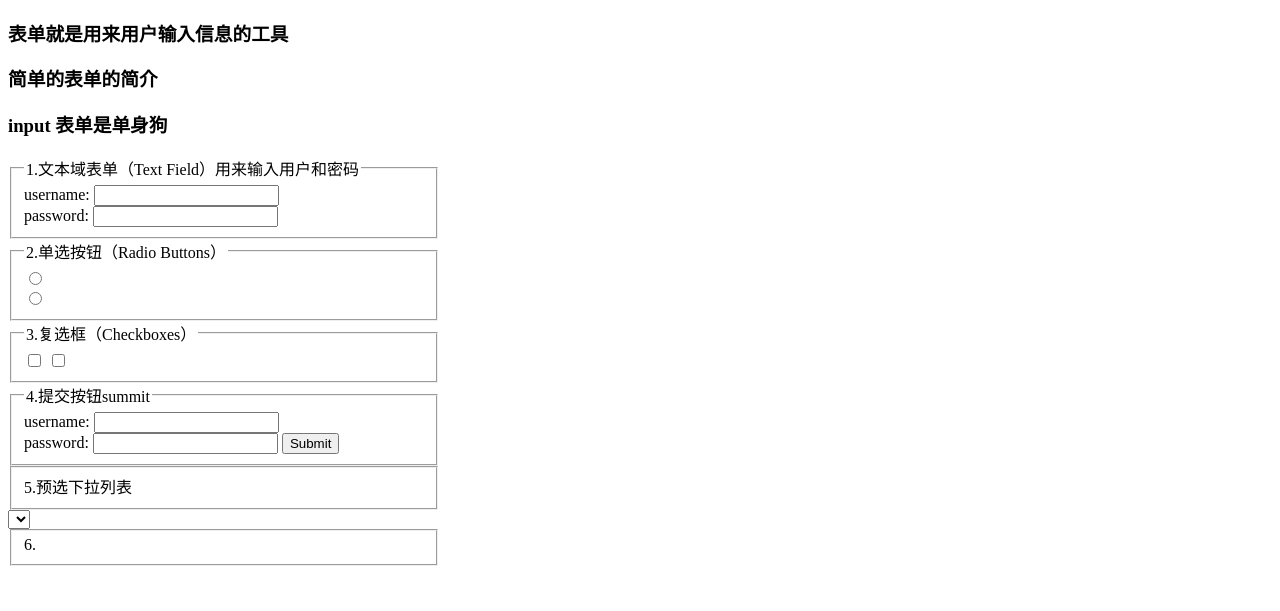
Repository: jarvanstack/vscode
Page: HTML/HTML中From表单.html
The author's editor kept a copy of each file at every save. The page is drawn from the files as they stood at one save, then again after the next save.
The browser window is 1280 px wide. The pictures show the whole page.

Above is the page before, as saved 2020-06-11 10:00:09.

### HTML/HTML中From表单.html
<!DOCTYPE html>
<html lang="en">

<head>
    <meta charset="UTF-8">
    <meta name="viewport" content="width=device-width, initial-scale=1.0">
    <title>HTML中From表单</title>
    <style>
        fieldset
        {
            width: 400px;
        }
    </style>
</head>
<body>
    <h3>表单就是用来用户输入信息的工具</h3>
    <h3>简单的表单的简介</h3>
    <h3>input 表单是单身狗</h3>
    <form action="post">
        <fieldset>
            <legend>1.文本域表单（Text Field）用来输入用户和密码</legend>
            <span>
                username: <input type="text" name="username">
            </span>
            <br>
            <span>
                password: <input type="password" name="password">
            </span>
        </fieldset>
    </form>
    <form action="post">
        <fieldset>
            <legend>2.单选按钮（Radio Buttons）</legend>
            <span>
                <input type="radio" name="sex" value="男">
            </span>
            <br>
            <span>
                <input type="radio" name="sex" value="女">
            </span>
        </fieldset>
    </form>
    <form action="post">
        <fieldset>
            <legend>3.复选框（Checkboxes）</legend>
            <span>
                <input type="checkbox" name="like_things" value="apple" >
            </span>
            <span>
                <input type="checkbox" name="like_things" value="banana">
            </span>
        </fieldset>
    </form>
    <form action="post">
        <fieldset>
            <legend>4.提交按钮summit</legend>
            <span>
                username: <input type="text" name="username">
            </span>
            <br>
            <span>
                password: <input type="password" name="password">
            </span>
            <span>
                <input type="submit" name="submit">
            </span>
        </fieldset>
    </form>
    <form action="post">
        <fieldset>5.预选下拉列表</fieldset>
        <select name="cars" id="">
            <option value="小车"></option>
            <option value="汽车"></option>
            <option value="公交车"></option>
        </select>
    </form>
    <form action="post">
        <fieldset>6.</fieldset>
    </form>
</body>

</html>

After the next save:
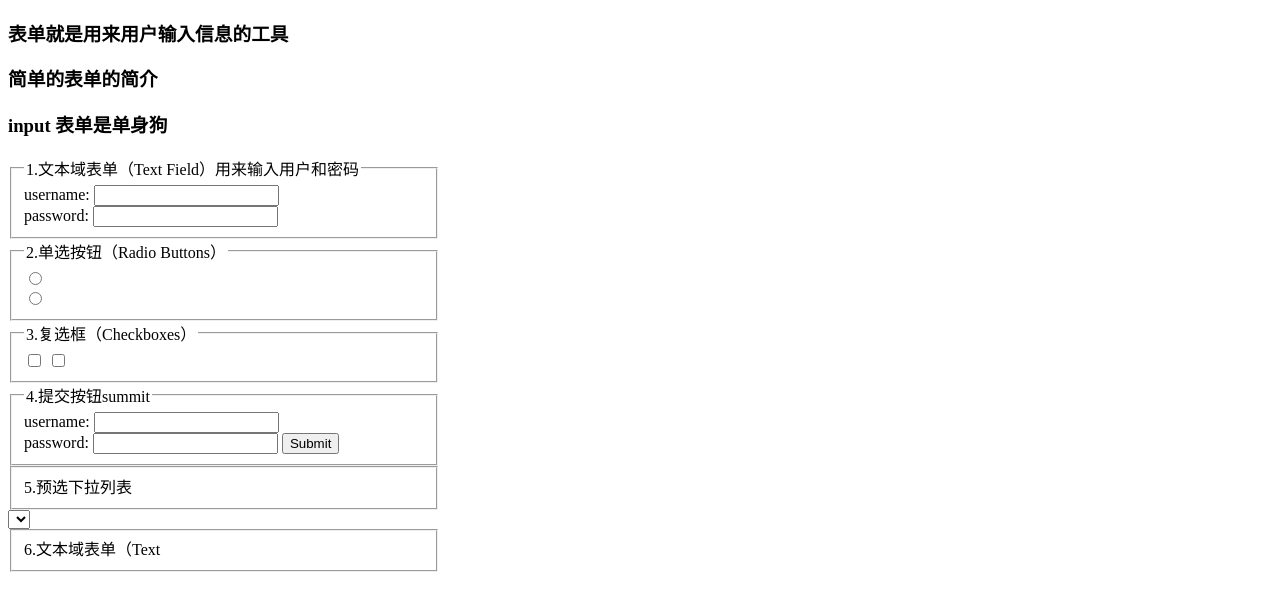
Saved 48 s later.
--- a/HTML/HTML中From表单.html
+++ b/HTML/HTML中From表单.html
@@ -75,7 +75,7 @@
         </select>
     </form>
     <form action="post">
-        <fieldset>6.</fieldset>
+        <fieldset>6.文本域表单（Text</fieldset>
     </form>
 </body>
 
